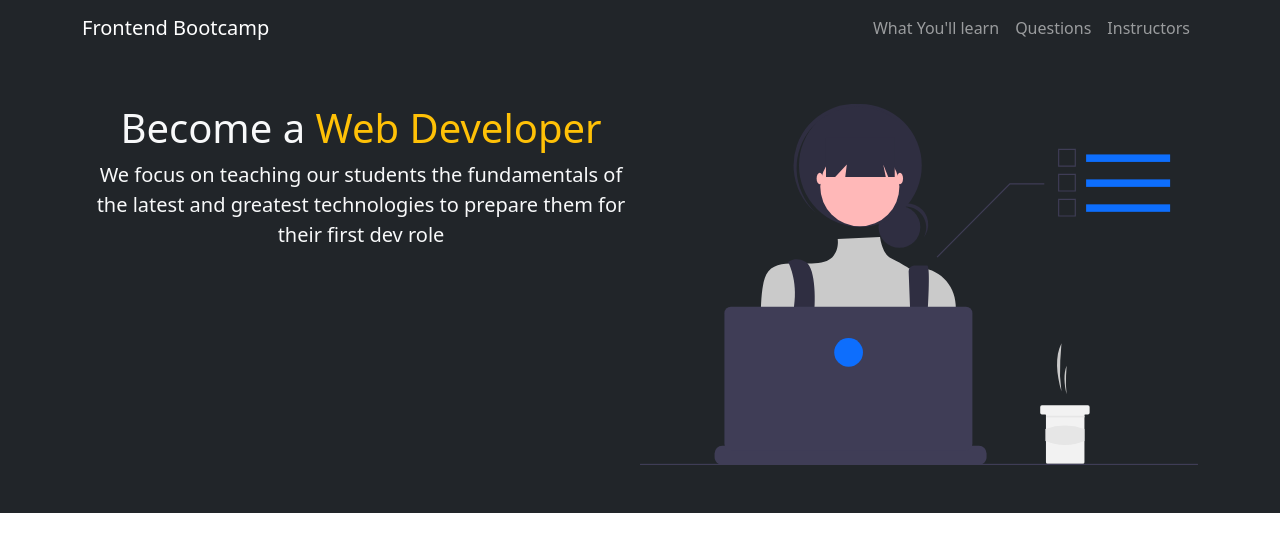
Repository: Marhamat92/Bootstrap5-Responsive-Website-
Page: index.html
These files come from the project's save history. The page is drawn as it stood at one moment and after the next save; the edit follows.
The browser window is 1280 px wide. The pictures show the whole page.

Above is the page before, as saved 2021-09-18 16:13:29.

After the next save:
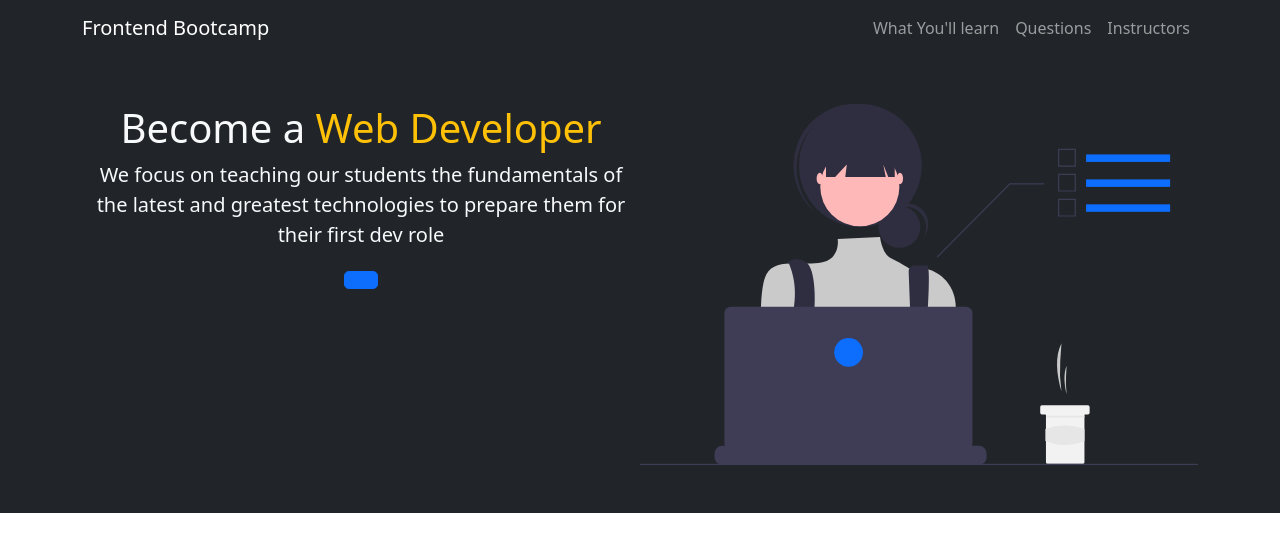
Saved 59 s later.
--- a/index.html
+++ b/index.html
@@ -46,6 +46,7 @@
               <p class="lead">We focus on teaching our students the fundamentals of the latest and
                   greatest technologies to prepare them for their first dev role
               </p>
+              <button class="btn btn-primary btn-lg"></button>
           </div>
           <img class="img-fluid w-50" src="img/showcase.svg" alt="showcase">
       </div>
